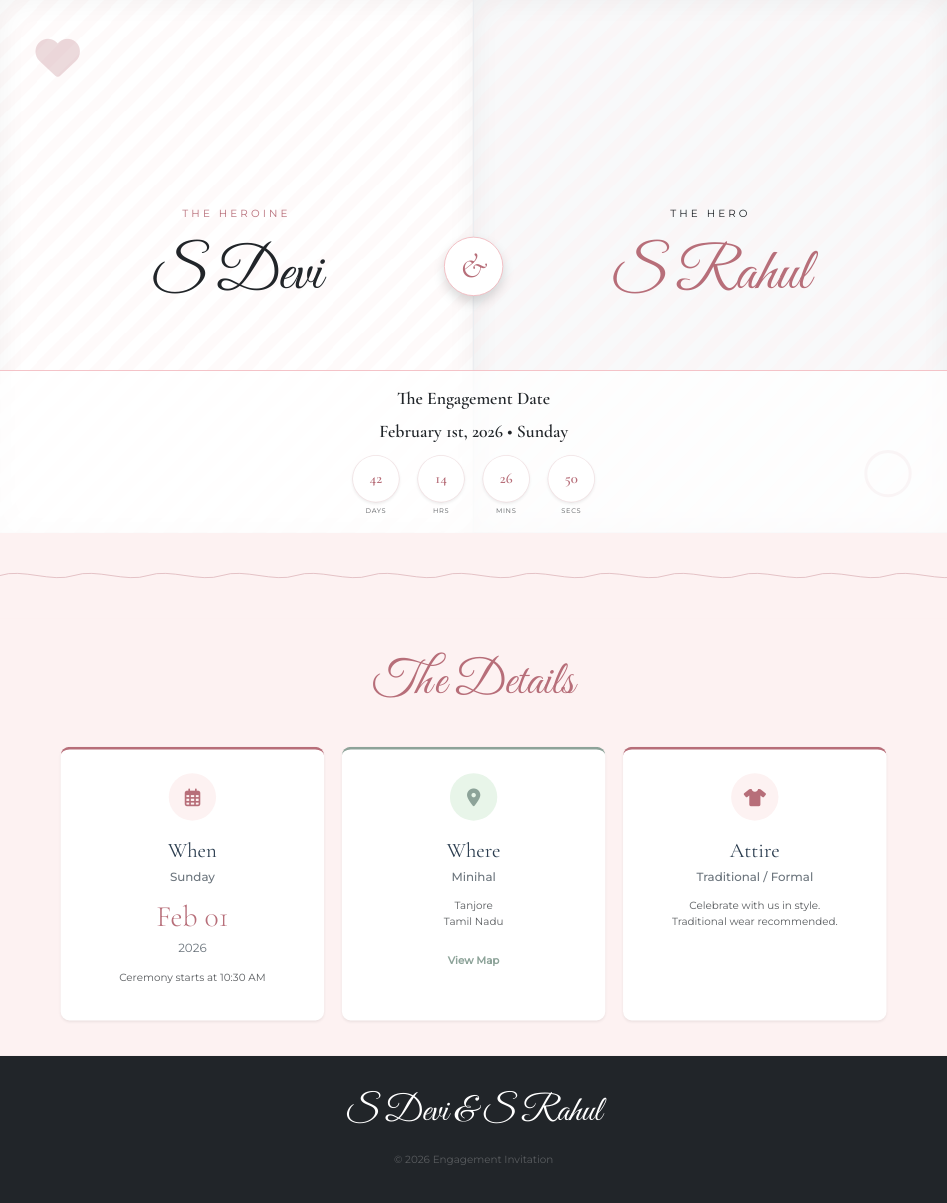
Repository: Eswar2585/Invitation
Page: index.html
These files come from the project's save history. The page is drawn as it stood at one moment and after the next save; the edit follows.
The browser window is 1280 px wide. The pictures show the whole page, at 74% of full size.

Above is the page before, as saved 2025-12-20 22:56:33.

### index.html
<!DOCTYPE html>
<html lang="en">
<head>
    <meta charset="UTF-8">
    <meta name="viewport" content="width=device-width, initial-scale=1.0">
    <title>Engagement Invitation</title>
        <link rel="icon" href="https://cdn-icons-png.flaticon.com/512/833/833472.png" type="image/png">
    <!-- Bootstrap 5 CSS -->
    <link href="https://cdn.jsdelivr.net/npm/bootstrap@5.3.0/dist/css/bootstrap.min.css" rel="stylesheet">

    <!-- Font Awesome (for Icons) -->
    <link href="https://cdnjs.cloudflare.com/ajax/libs/font-awesome/6.0.0/css/all.min.css" rel="stylesheet">

    <!-- Google Fonts -->
    <link rel="preconnect" href="https://fonts.googleapis.com">
    <link rel="preconnect" href="https://fonts.gstatic.com" crossorigin>
    <link href="https://fonts.googleapis.com/css2?family=Cormorant+Garamond:ital,wght@0,300;0,400;0,600;1,400&family=Great+Vibes&family=Montserrat:wght@300;400;500&display=swap" rel="stylesheet">

    <link rel="stylesheet" href="style.css">
</head>
<body>

    <!-- Envelope Overlay -->
    <div id="envelopeOverlay" class="envelope-overlay">
        <div class="envelope-wrapper">
            <!-- Body -->
            <div class="envelope-body"></div>

            <!-- Letter -->
            <div id="letterPreview" class="letter-preview">
                <div class="letter-border">
                    <p class="font-sans text-muted text-uppercase small tracking-wide mb-1" style="letter-spacing: 0.2em; font-size: 10px;">Invitation</p>
                    <h2 class="font-script text-rose-gold m-0" style="font-size: 2rem; color: #B76E79;">S Devi</h2>
                    <span class="font-serif text-dark small">&</span>
                    <h2 class="font-script text-rose-gold m-0" style="font-size: 2rem; color: #B76E79;">S Rahul</h2>
                </div>
            </div>

            <!-- Flap -->
            <div id="envelopeFlap" class="envelope-flap"></div>

            <!-- Pocket -->
            <div class="envelope-pocket"></div>

            <!-- Ribbon -->
            <div id="ribbonVertical" class="ribbon-vertical"></div>

            <!-- Bow -->
            <div id="bowContainer" class="bow-container">
               <div class="bow-loop loop-left"></div>
               <div class="bow-knot"></div>
               <div class="bow-loop loop-right"></div>
            </div>
        </div>
    </div>

    <!-- Main Content -->
    <div id="mainContent" class="main-content">

        <!-- Split Screen Hero (50/50 Force) -->
        <div class="container-fluid p-0">
            <div class="row g-0 min-vh-100 position-relative w-100 m-0">

                <!-- Left Col - Girl Name -->
                <div class="col-6 bg-white paper-texture shadow-seam d-flex flex-column justify-content-center align-items-center text-center p-2 p-md-5 border-end animate-open-left position-relative z-1">
                    <div class="position-absolute top-0 start-0 p-3 p-md-5 opacity-25">
                        <i class="fas fa-heart text-rose-gold icon-size"></i>
                    </div>
                    <p class="title-text font-sans text-rose-gold text-uppercase small mb-2 mb-md-4" style="letter-spacing: 0.3em;">The Heroine </p>
                    <h1 class="name-text font-script text-dark mb-2 mb-md-4" style="z-index: 10; position: relative;">S Devi</h1>

                </div>

                <!-- Center Ampersand -->
                <div class="ampersand-box position-absolute top-50 start-50 translate-middle z-3 bg-white rounded-circle shadow border border-danger-subtle d-flex align-items-center justify-content-center" style="width: 80px; height: 80px;">
                    <span class="ampersand-text font-serif fst-italic display-5 text-rose-gold">&</span>
                </div>

                <!-- Right Col - Boy Name -->
                <div class="col-6 bg-light paper-texture shadow-seam d-flex flex-column justify-content-center align-items-center text-center p-2 p-md-5 animate-open-right position-relative z-1">
                    <div class="position-absolute bottom-0 end-0 p-3 p-md-5 opacity-25">
                       <div class="ring-container border border-4 border-danger rounded-circle" style="border-color: #B76E79 !important;"></div>
                    </div>
                    <p class="title-text font-sans text-dark text-uppercase small mb-2 mb-md-4" style="letter-spacing: 0.3em;">The Hero</p>
                    <h1 class="name-text font-script text-rose-gold mb-2 mb-md-4" style="z-index: 10; position: relative;">S Rahul</h1>

                </div>

                <!-- Bottom Countdown Overlay -->
                <div class="position-absolute bottom-0 start-0 w-100 z-3 bg-white bg-opacity-75 border-top border-danger-subtle py-4 backdrop-blur">
                    <div class="container text-center">
                         <p class="font-serif h4 text-dark fw-bold mb-3">The Engagement Date</p>
                        <p class="font-serif h4 text-dark fw-bold mb-3">February 1st, 2026 &bull; Sunday</p>
                        <div class="d-flex justify-content-center gap-3 gap-md-4" id="countdownContainer">
                            <!-- Countdown items injected by JS -->
                        </div>
                    </div>
                </div>

            </div>
        </div>

        <!-- Divider -->
        <div class="py-5" style="background-color: var(--soft-pink);">
            <div class="flower-divider"></div>
        </div>

        <!-- Details Section -->
        <section class="py-5 container" style="background-color: var(--soft-pink);">
            <h2 class="font-script display-3 text-center text-rose-gold mb-5">The Details</h2>

            <div class="row g-4 justify-content-center">
                <!-- When -->
                <div class="col-md-4">
                    <div class="details-card text-center h-100">
                        <div class="details-icon">
                            <i class="far fa-calendar-alt"></i>
                        </div>
                        <h3 class="font-serif h3 mb-2">When</h3>
                        <p class="font-sans text-secondary fw-medium">Sunday</p>
                        <p class="font-serif display-6 text-rose-gold my-2">Feb 01</p>
                        <p class="font-sans text-secondary">2026</p>
                        <p class="font-sans small text-muted mt-3">Ceremony starts at 10:30 AM</p>
                    </div>
                </div>

                <!-- Where -->
                <div class="col-md-4">
                    <div class="details-card text-center h-100" style="border-top-color: var(--sage);">
                        <div class="details-icon" style="color: var(--sage); background-color: #e8f5e9;">
                            <i class="fas fa-map-marker-alt"></i>
                        </div>
                        <h3 class="font-serif h3 mb-2">Where</h3>
                        <p class="font-sans text-secondary fw-medium">Minihal</p>
                        <p class="font-sans text-muted mt-2 small">
                            Tanjore<br/>
                            Tamil Nadu
                        </p>
                        <a href="#" class="d-inline-block mt-3 text-decoration-none fw-bold" style="color: var(--sage); font-size: 0.875rem;">View Map</a>
                    </div>
                </div>

                <!-- Attire -->
                <div class="col-md-4">
                    <div class="details-card text-center h-100">
                        <div class="details-icon">
                            <i class="fas fa-tshirt"></i>
                        </div>
                        <h3 class="font-serif h3 mb-2">Attire</h3>
                        <p class="font-sans text-secondary fw-medium">Traditional / Formal</p>
                        <p class="font-sans text-muted mt-2 small">
                            Celebrate with us in style.<br/>
                            Traditional wear recommended.
                        </p>
                    </div>
                </div>
            </div>
        </section>

        <!-- Footer -->
        <footer class="bg-dark text-white py-5 text-center">
            <h2 class="font-script display-5 mb-3">S Devi & S Rahul</h2>

            <div class="mt-4 small opacity-25">
                &copy; 2026 Engagement Invitation
            </div>
        </footer>
    </div>

    <!-- JavaScript Logic -->
 <script src="script.js"></script>
</body>
</html>

### style.css
    :root {
            --rose-gold: #B76E79;
            --soft-pink: #FDF2F2;
            --charcoal: #2C3E50;
            --sage: #8DA399;
            --envelope-body: #fceeee;
            --envelope-flap: #eecbcb;
        }

        body {
            margin: 0;
            padding: 0;
            width: 100%;
            height: 100%;
            font-family: 'Montserrat', sans-serif;
            background-color: var(--soft-pink);
            color: var(--charcoal);
            overflow-x: hidden;
        }

        /* Typography */
        .font-script { font-family: 'Great Vibes', cursive; font-weight: 400; }
        .font-serif { font-family: 'Cormorant Garamond', serif; }

        /* Responsive Font Sizes for Split Layout */
        @media (max-width: 768px) {
            .name-text { font-size: 2.2rem !important; line-height: 1.2; }
            .title-text { font-size: 0.6rem !important; letter-spacing: 0.15em !important; }
            .quote-text { font-size: 0.75rem !important; }
            .ampersand-box { width: 50px !important; height: 50px !important; }
            .ampersand-text { font-size: 1.5rem !important; }
            .icon-size { font-size: 30px !important; }
            .ring-container { width: 40px !important; height: 40px !important; }
        }

        @media (min-width: 769px) {
            .name-text { font-size: 5rem; }
            .icon-size { font-size: 60px; }
            .ring-container { width: 64px; height: 64px; }
        }

        /* Custom Utilities */
        .text-rose-gold { color: var(--rose-gold) !important; }
        .bg-rose-gold { background-color: var(--rose-gold); }
        .text-sage { color: var(--sage); }

        .paper-texture {
            background-color: #ffffff;
            background-image: url("data:[embedded picture, 236 characters]");
        }
        .shadow-seam { box-shadow: inset 0 0 40px rgba(0,0,0,0.05); }

        /* --- Envelope Animation Classes --- */
        .envelope-overlay {
            position: fixed;
            top: 0;
            left: 0;
            width: 100vw;
            height: 100vh;
            background-color: var(--soft-pink);
            z-index: 2000;
            display: flex;
            align-items: center;
            justify-content: center;
            perspective: 1500px;
            transition: opacity 1s ease-out, transform 1s ease-in;
        }

        .envelope-overlay.hidden {
            opacity: 0;
            transform: scale(1.5);
            pointer-events: none;
        }

        .envelope-wrapper {
            position: relative;
            width: 300px;
            height: 200px;
            transform-style: preserve-3d;
            margin-top: 3rem;
        }

        @media (min-width: 768px) {
            .envelope-wrapper { width: 500px; height: 330px; }
        }

        .envelope-body {
            position: absolute;
            width: 100%;
            height: 100%;
            background-color: var(--envelope-body);
            z-index: 10;
            border-radius: 4px;
            box-shadow: 0 1rem 3rem rgba(0,0,0,0.175);
        }

        .letter-preview {
            position: absolute;
            top: 8px; left: 8px; right: 8px; bottom: 8px;
            background: white;
            z-index: 20;
            display: flex;
            flex-direction: column;
            align-items: center;
            justify-content: center;
            text-align: center;
            box-shadow: 0 0.125rem 0.25rem rgba(0,0,0,0.075);
            transition: transform 1.4s cubic-bezier(0.25, 1, 0.5, 1);
        }

        .letter-preview.slide-up {
            transform: translateY(-190px) scale(1.05);
        }

        .letter-border {
            border: 2px solid var(--rose-gold);
            width: 90%;
            height: 90%;
            display: flex;
            flex-direction: column;
            align-items: center;
            justify-content: center;
            padding: 0.5rem;
        }

        .envelope-flap {
            position: absolute;
            top: 0; left: 0;
            width: 0; height: 0;
            border-left: 150px solid transparent;
            border-right: 150px solid transparent;
            border-top: 110px solid var(--envelope-flap);
            transform-origin: top;
            transition: transform 0.7s ease-in-out, z-index 0.7s;
            z-index: 50;
        }

        @media (min-width: 768px) {
            .envelope-flap {
                border-left: 250px solid transparent;
                border-right: 250px solid transparent;
                border-top: 180px solid var(--envelope-flap);
            }
        }

        .envelope-flap.open {
            transform: rotateX(180deg);
            z-index: 1;
        }

        .envelope-pocket {
            position: absolute;
            bottom: 0; left: 0;
            width: 0; height: 0;
            border-left: 150px solid transparent;
            border-right: 150px solid transparent;
            border-bottom: 110px solid var(--envelope-body);
            z-index: 40;
            pointer-events: none;
            filter: brightness(0.95);
        }

        @media (min-width: 768px) {
            .envelope-pocket {
                border-left: 250px solid transparent;
                border-right: 250px solid transparent;
                border-bottom: 180px solid var(--envelope-body);
            }
        }

        /* Ribbon Styles */
        .ribbon-vertical {
            position: absolute;
            top: 0; left: 50%;
            transform: translateX(-50%);
            width: 30px; height: 100%;
            background: linear-gradient(to right, #ffcdd2, #e57373, #ffcdd2);
            z-index: 60;
            box-shadow: 0 0.125rem 0.25rem rgba(0,0,0,0.1);
            transition: opacity 0.5s ease;
        }

        .ribbon-vertical.fade-out {
            opacity: 0;
        }

        .bow-container {
            position: absolute;
            top: 45%; left: 50%;
            transform: translate(-50%, -50%);
            z-index: 70;
            display: flex;
            align-items: center;
            justify-content: center;
            transition: all 0.5s ease-in;
        }

        .bow-container.untied {
            opacity: 0;
            transform: translate(-50%, -150%) scale(1.5);
        }

        .bow-loop {
            width: 50px; height: 50px;
            background: linear-gradient(135deg, #e57373, #ffcdd2);
            box-shadow: 2px 2px 5px rgba(0,0,0,0.2);
        }
        .loop-left { border-radius: 50px 50px 50px 0; transform: rotate(-45deg); margin-right: -4px; }
        .loop-right { border-radius: 50px 50px 0 50px; transform: rotate(135deg); margin-left: -4px; }
        .bow-knot { width: 15px; height: 15px; background: #ef5350; border-radius: 50%; z-index: 80; }

        /* --- Main Page Animations --- */
        .main-content {
            transition: opacity 1s ease;
            width: 100%;
            opacity: 0;
            visibility: hidden;
        }
        .main-content.visible {
            opacity: 1;
            visibility: visible;
        }

        @keyframes slideInLeft {
            0% { transform: translateX(-50px); opacity: 0; }
            100% { transform: translateX(0); opacity: 1; }
        }
        @keyframes slideInRight {
            0% { transform: translateX(50px); opacity: 0; }
            100% { transform: translateX(0); opacity: 1; }
        }

        .animate-open-left { animation: slideInLeft 1.5s cubic-bezier(0.25, 1, 0.5, 1) forwards; }
        .animate-open-right { animation: slideInRight 1.5s cubic-bezier(0.25, 1, 0.5, 1) forwards; }

        .flower-divider {
            background-image: url('data:[embedded picture, 234 characters]');
            background-repeat: repeat-x;
            height: 20px;
            width: 100%;
            opacity: 0.5;
        }

        .countdown-box {
            width: 3rem; height: 3rem;
            background: white;
            border: 1px solid rgba(183, 110, 121, 0.2);
            border-radius: 50%;
            display: flex;
            align-items: center;
            justify-content: center;
            margin-bottom: 0.25rem;
        }
        @media (min-width: 768px) {
            .countdown-box { width: 4rem; height: 4rem; }
        }

        .details-card {
            background: white;
            padding: 2rem;
            border-radius: 0.75rem;
            border-top: 4px solid var(--rose-gold);
            box-shadow: 0 0.125rem 0.25rem rgba(0,0,0,0.075);
            transition: transform 0.3s;
        }
        .details-card:hover { transform: translateY(-5px); box-shadow: 0 0.5rem 1rem rgba(0,0,0,0.15); }
        .details-icon {
            width: 4rem; height: 4rem;
            background-color: var(--soft-pink);
            color: var(--rose-gold);
            border-radius: 50%;
            display: flex;
            align-items: center;
            justify-content: center;
            margin: 0 auto 1.5rem auto;
            font-size: 1.5rem;
        }

Loaded but not shown: script.js (79 lines, source omitted)

After the next save:
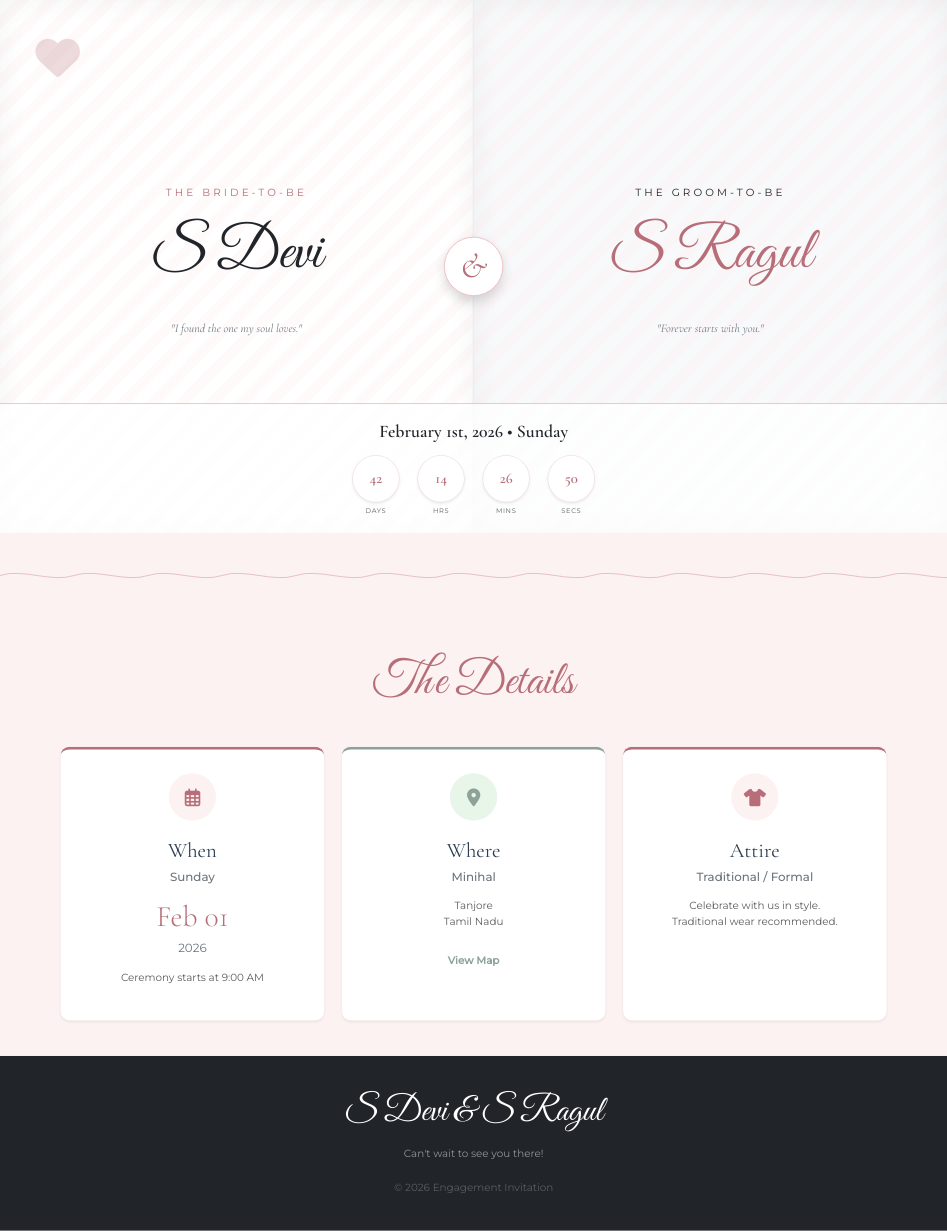
Saved 14 s later.
--- a/index.html
+++ b/index.html
@@ -32,7 +32,7 @@
                     <p class="font-sans text-muted text-uppercase small tracking-wide mb-1" style="letter-spacing: 0.2em; font-size: 10px;">Invitation</p>
                     <h2 class="font-script text-rose-gold m-0" style="font-size: 2rem; color: #B76E79;">S Devi</h2>
                     <span class="font-serif text-dark small">&</span>
-                    <h2 class="font-script text-rose-gold m-0" style="font-size: 2rem; color: #B76E79;">S Rahul</h2>
+                    <h2 class="font-script text-rose-gold m-0" style="font-size: 2rem; color: #B76E79;">S Ragul</h2>
                 </div>
             </div>
 
@@ -66,9 +66,9 @@
                     <div class="position-absolute top-0 start-0 p-3 p-md-5 opacity-25">
                         <i class="fas fa-heart text-rose-gold icon-size"></i>
                     </div>
-                    <p class="title-text font-sans text-rose-gold text-uppercase small mb-2 mb-md-4" style="letter-spacing: 0.3em;">The Heroine </p>
+                    <p class="title-text font-sans text-rose-gold text-uppercase small mb-2 mb-md-4" style="letter-spacing: 0.3em;">The Bride-to-be</p>
                     <h1 class="name-text font-script text-dark mb-2 mb-md-4" style="z-index: 10; position: relative;">S Devi</h1>
-
+                    <p class="quote-text font-serif fst-italic text-secondary mt-2 mt-md-3">"I found the one my soul loves."</p>
                 </div>
 
                 <!-- Center Ampersand -->
@@ -78,18 +78,15 @@
 
                 <!-- Right Col - Boy Name -->
                 <div class="col-6 bg-light paper-texture shadow-seam d-flex flex-column justify-content-center align-items-center text-center p-2 p-md-5 animate-open-right position-relative z-1">
-                    <div class="position-absolute bottom-0 end-0 p-3 p-md-5 opacity-25">
-                       <div class="ring-container border border-4 border-danger rounded-circle" style="border-color: #B76E79 !important;"></div>
-                    </div>
-                    <p class="title-text font-sans text-dark text-uppercase small mb-2 mb-md-4" style="letter-spacing: 0.3em;">The Hero</p>
-                    <h1 class="name-text font-script text-rose-gold mb-2 mb-md-4" style="z-index: 10; position: relative;">S Rahul</h1>
-
+                    <!-- Removed the decorative empty circle from here -->
+                    <p class="title-text font-sans text-dark text-uppercase small mb-2 mb-md-4" style="letter-spacing: 0.3em;">The Groom-to-be</p>
+                    <h1 class="name-text font-script text-rose-gold mb-2 mb-md-4" style="z-index: 10; position: relative;">S Ragul</h1>
+                    <p class="quote-text font-serif fst-italic text-secondary mt-2 mt-md-3">"Forever starts with you."</p>
                 </div>
 
                 <!-- Bottom Countdown Overlay -->
                 <div class="position-absolute bottom-0 start-0 w-100 z-3 bg-white bg-opacity-75 border-top border-danger-subtle py-4 backdrop-blur">
                     <div class="container text-center">
-                         <p class="font-serif h4 text-dark fw-bold mb-3">The Engagement Date</p>
                         <p class="font-serif h4 text-dark fw-bold mb-3">February 1st, 2026 &bull; Sunday</p>
                         <div class="d-flex justify-content-center gap-3 gap-md-4" id="countdownContainer">
                             <!-- Countdown items injected by JS -->
@@ -120,7 +117,7 @@
                         <p class="font-sans text-secondary fw-medium">Sunday</p>
                         <p class="font-serif display-6 text-rose-gold my-2">Feb 01</p>
                         <p class="font-sans text-secondary">2026</p>
-                        <p class="font-sans small text-muted mt-3">Ceremony starts at 10:30 AM</p>
+                        <p class="font-sans small text-muted mt-3">Ceremony starts at 9:00 AM</p>
                     </div>
                 </div>
 
@@ -159,8 +156,8 @@
 
         <!-- Footer -->
         <footer class="bg-dark text-white py-5 text-center">
-            <h2 class="font-script display-5 mb-3">S Devi & S Rahul</h2>
-
+            <h2 class="font-script display-5 mb-3">S Devi & S Ragul</h2>
+            <p class="font-sans small opacity-50">Can't wait to see you there!</p>
             <div class="mt-4 small opacity-25">
                 &copy; 2026 Engagement Invitation
             </div>
